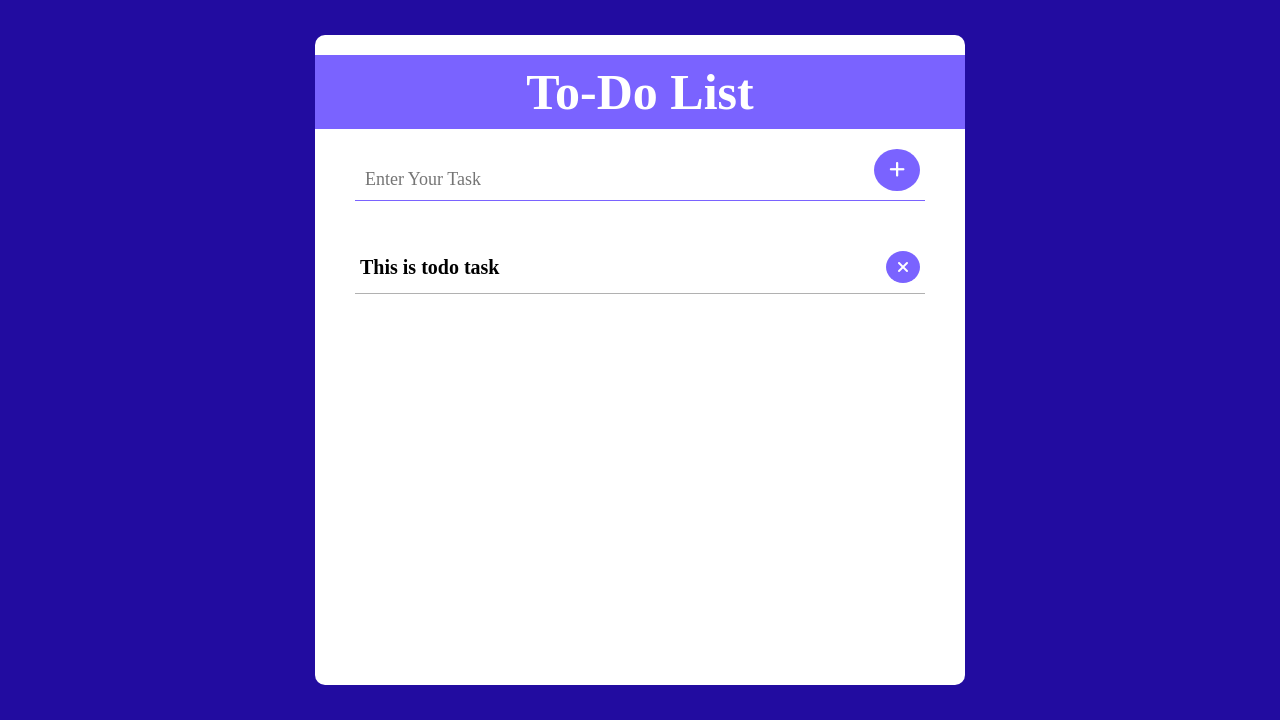
Repository: AliHassan02-Dev/To-Do-App
Page: /
An editor plug-in stored every save of this project. The page is shown before and after the next save, followed by the edit.
The browser window is 1280 px wide. The pictures show the whole page.
Some web libraries are served in a nearby version. The project was rebuilt for these pictures with package versions that can differ from the ones it lists, and the page was loaded fresh each time. Also part of the build but not shown: vite.config.js.

Above is the page before, as saved 2024-10-28 11:56:40.

After the next save:
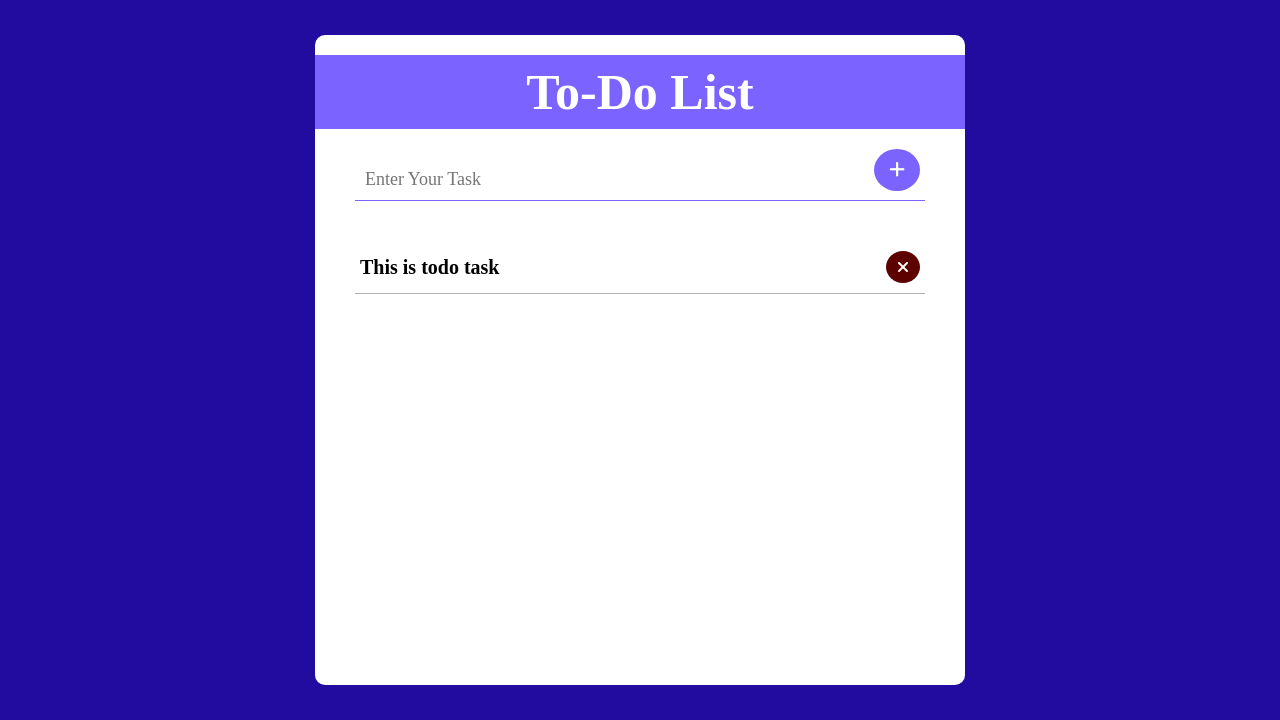
Saved 10 s later.
--- a/src/App.css
+++ b/src/App.css
@@ -100,7 +100,7 @@
 
 .mainWrapper .container .bottomBar .taskList span {
   color: white;
-  background-color: rgb(122, 99, 255);
+  background-color: rgb(92, 0, 0);
   padding: 8px 11px;
   font-size: 16px;
   border-radius: 100%;
